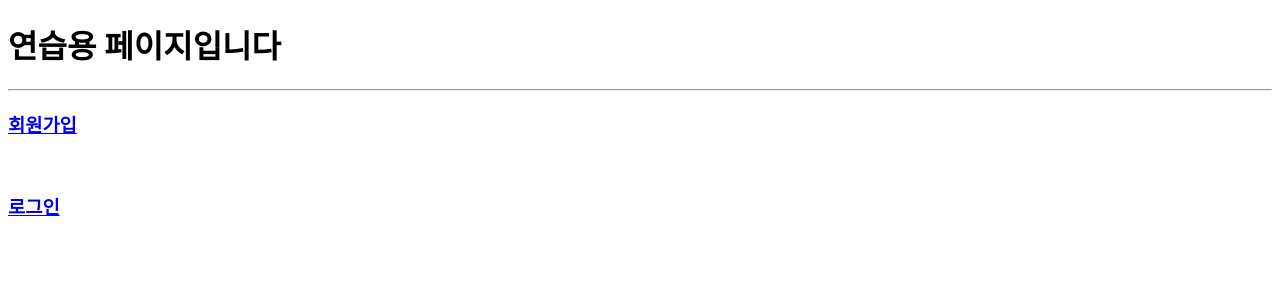
Repository: loseminho/khAcademy-Study
Page: http://localhost/02_SpringMVC_CRUD_TEST/
The author's editor kept a copy of each file at every save. The page is drawn from the files as they stood at one save, then again after the next save.
The browser window is 1280 px wide. The pictures show the whole page.
The page is served by Tomcat 9.

Above is the page before, as saved 2022-09-30 08:49:08.

After the next save:
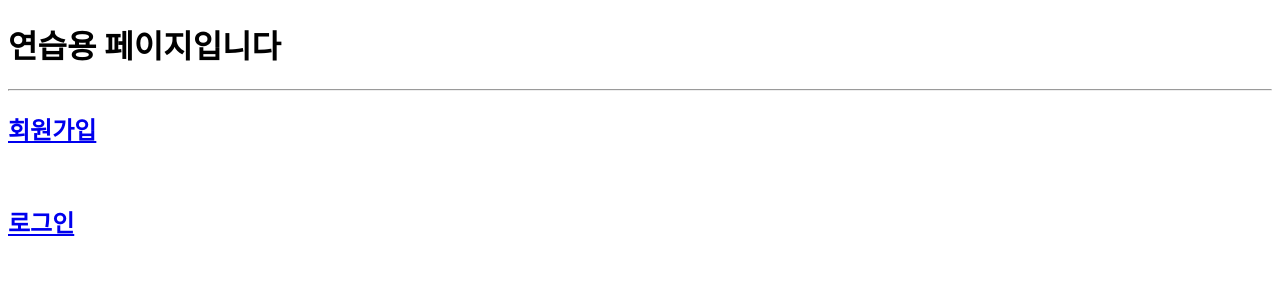
Saved 5 s later.
--- a/spring/workspace-sts-3.9.13.RELEASE/02_SpringMVC_CRUD_TEST/src/main/webapp/index.jsp
+++ b/spring/workspace-sts-3.9.13.RELEASE/02_SpringMVC_CRUD_TEST/src/main/webapp/index.jsp
@@ -9,7 +9,7 @@
 <body>
 	<h1>연습용 페이지입니다</h1>
 	<hr>
-	<h3><a href="/">회원가입</a></h3><br>
-	<h3><a href="/">로그인</a></h3><br>
+	<h2><a href="/">회원가입</a></h3><br>
+	<h2><a href="/">로그인</a></h3><br>
 </body>
 </html>
